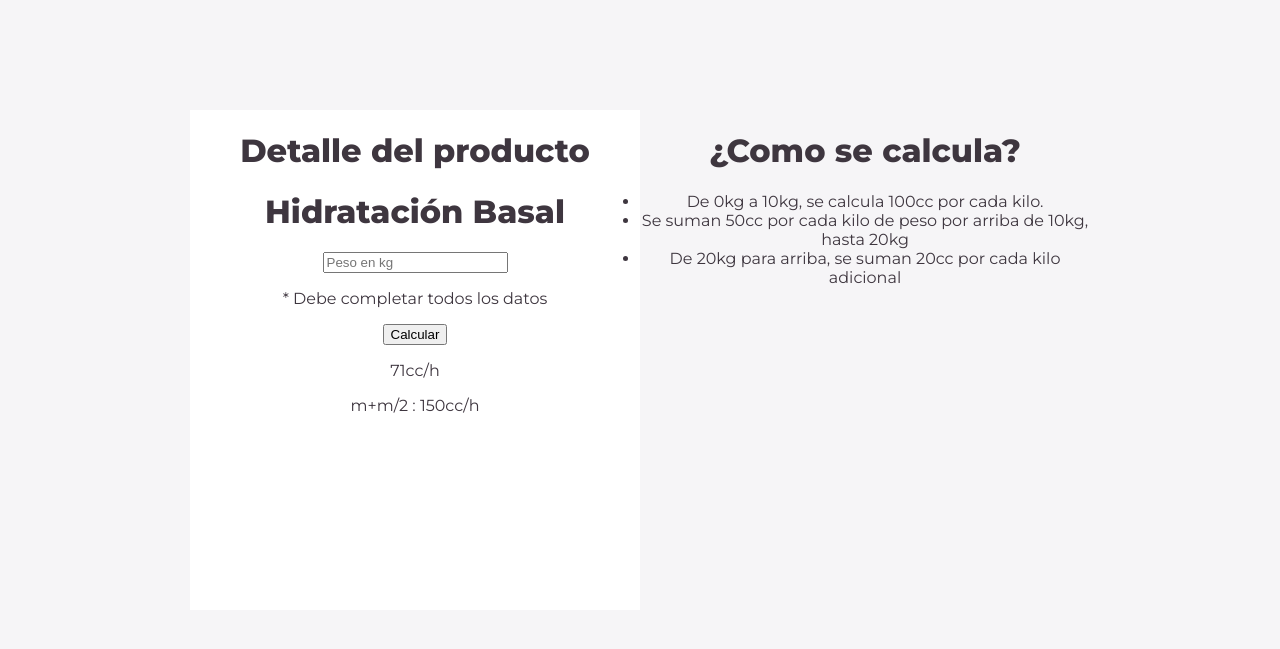
Repository: Fredy452/calculadora_basal
Page: index.html
An editor plug-in stored every save of this project. The page is shown before and after the next save, followed by the edit.
The browser window is 1280 px wide. The pictures show the whole page.

Above is the page before, as saved 2023-04-21 07:34:08.

### index.html
<!DOCTYPE html>
<html lang="en">
<head>
    <meta charset="UTF-8">
    <meta http-equiv="X-UA-Compatible" content="IE=edge">
    <meta name="viewport" content="width=device-width, initial-scale=1.0">
    <title>Calculadora de hidratación</title>
    <link rel="stylesheet" href="style.css">
</head>
<body>
    <div id="contenedor">
        <div id="calculadora">
            <h1>Detalle del producto</h1>
            <div>
                <h1>Hidratación Basal</h1>
                <input type="number" name="peso" id="peso" placeholder="Peso en kg">
                <p>* Debe completar todos los datos</p>
                <button>Calcular</button>
                <p>71cc/h</p>
                <p>m+m/2 : 150cc/h</p>
            </div>
        </div>
        <div id="detalle">
            <div>
                <h1>¿Como se calcula?</h1>
                <ul>
                    <li>De 0kg a 10kg, se calcula 100cc por cada kilo.</li>
                    <li>Se suman 50cc por cada kilo de peso por arriba de 10kg, hasta 20kg</li>
                    <li>De 20kg para arriba, se suman 20cc por cada kilo adicional</li>
                </ul>
            </div>
        </div>
    </div>
</body>
</html>

### style.css
@import url('https://fonts.googleapis.com/css?family=Montserrat:400,800');

body{
    font-family: 'Montserrat', sans-serif;
    background: #f6f5f7;
    color: #3E363F;
}
#contenedor{
    width: 900px;
    height: 500px;
    position: absolute;
    text-align: center;
    inset: 0;
    margin: auto;
}
#calculadora{
    background: white;
    width: 50%;
    height: 100%;
    float: left;
}
#detalle{
    /* background: #FF416C;
    width: 50%; */
}

After the next save:
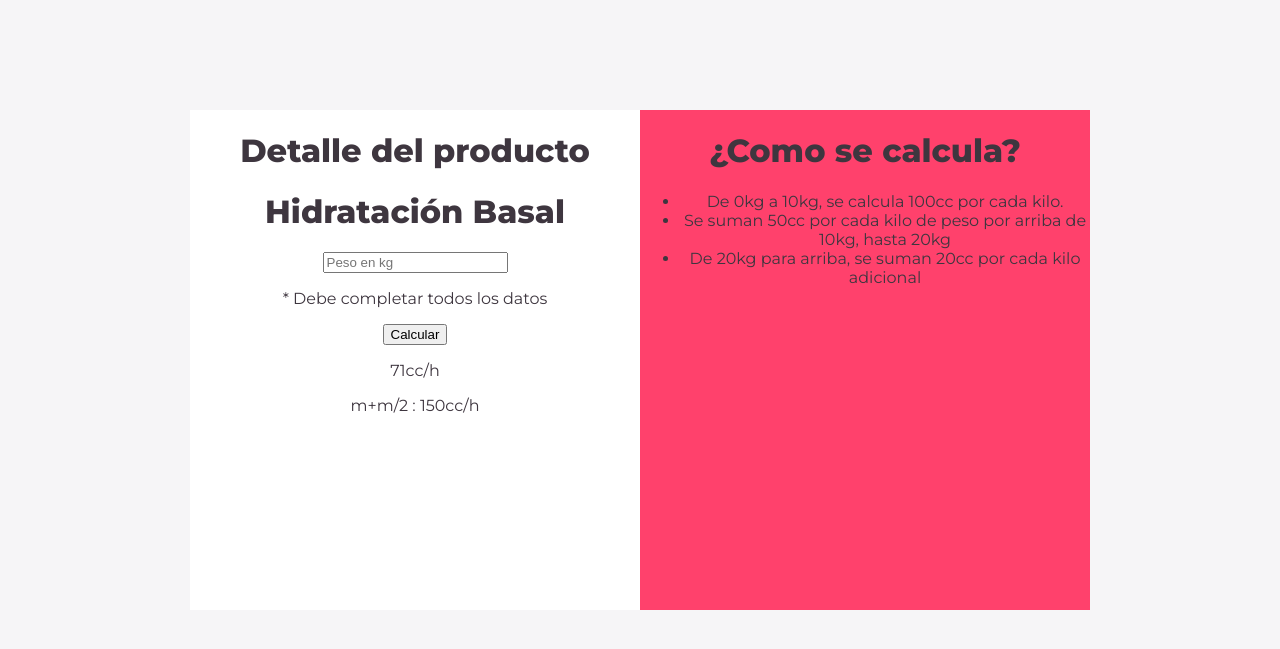
Saved 2 min 9 s later.
--- a/style.css
+++ b/style.css
@@ -20,6 +20,8 @@ body{
     float: left;
 }
 #detalle{
-    /* background: #FF416C;
-    width: 50%; */
+    background: #FF416C;
+    width: 50%;
+    height: 100%;
+    float: left;
 }
